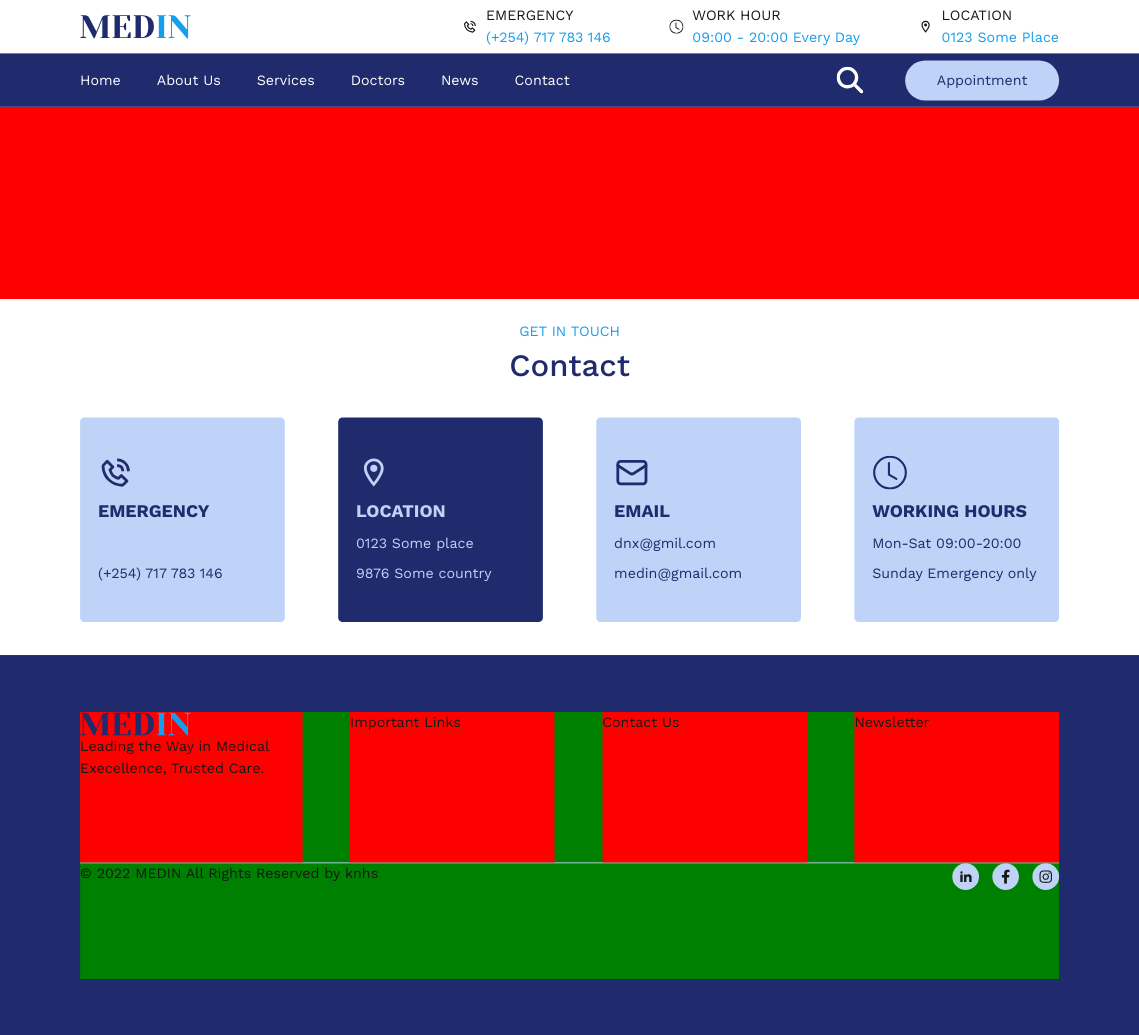
Repository: SynHK3/Poc_Hospital
Page: /appointment (app in fe_hospital/)
An editor plug-in stored every save of this project. The page is shown before and after the next save, followed by the edit.
The browser window is 1280 px wide. The pictures show the whole page, at 89% of full size.
The project was rebuilt for these pictures with package versions that can differ from the ones it lists, and the page was loaded fresh each time. The framework's server and built-in components were replaced by stand-ins that run in the browser. Also part of the build but not shown: fe_hospital/next.config.ts.

Above is the page before, as saved 2025-09-02 16:46:14.

### fe_hospital/src/app/layout.tsx
import type { Metadata } from "next";
import { Geist, Geist_Mono, Work_Sans } from "next/font/google";
import "./globals.css";

const geistSans = Geist({
  variable: "--font-geist-sans",
  subsets: ["latin"],
});

const geistMono = Geist_Mono({
  variable: "--font-geist-mono",
  subsets: ["latin"],
});

const workSans = Work_Sans({
  subsets: ["latin"],
  weight: ["400", "500", "600", "700"], // chọn các weight cần
});

export const metadata: Metadata = {
  title: "Create Next App",
  description: "Generated by create next app",
};

export default function RootLayout({
  children,
}: Readonly<{
  children: React.ReactNode;
}>) {
  return (
    <html lang="en">
      <body
        className={`${workSans.className} ${geistMono.variable} antialiased`}
      >
        {children}
      </body>
    </html>
  );
}

### fe_hospital/src/app/appointment/page.tsx
import Header from "@/components/header/header";
import "./appointment.css";
import Contact from "@/components/contact/contact";
import Footer from "@/components/footer/footer";

export default function Appointment() {
  return (
    <div>
      <Header></Header>
      <div className="container__content--appointment"></div>
      <Contact></Contact>
      <Footer></Footer>
    </div>
  );
}

### fe_hospital/src/components/header/header.tsx
import Logo from "../../images/Logo.svg";
import Image from "next/image";
import { BiPhoneCall } from "react-icons/bi";
import { FaMagnifyingGlass } from "react-icons/fa6";
import { BsClock } from "react-icons/bs";
import { MdOutlineLocationOn } from "react-icons/md";
import "./header.css";

export default function Header() {
  return (
    <div className="container__header">
      <div className="header__layout">
        <div className="header__headline">
          <Image src={Logo} width={125} height={42} alt=""></Image>

          <div className="header__headline--info">
            <div className="header__headline--info--item">
              <BiPhoneCall className="icon__info--item"></BiPhoneCall>

              <div className="header__headline--info--desc">
                <h3>EMERGENCY</h3>
                <h5>(+254) 717 783 146</h5>
              </div>
            </div>

            <div className="header__headline--info--item">
              <BsClock className="icon__info--item"></BsClock>

              <div className="header__headline--info--desc">
                <h3>WORK HOUR</h3>
                <h5>09:00 - 20:00 Every Day</h5>
              </div>
            </div>

            <div className="header__headline--info--item">
              <MdOutlineLocationOn className="icon__info--item"></MdOutlineLocationOn>

              <div className="header__headline--info--desc">
                <h3>LOCATION</h3>
                <h5>0123 Some Place</h5>
              </div>
            </div>
          </div>
        </div>

        <div className="header__nav">
          <div className="layout__header--nav">
            <ul className="header__list--nav">
              <li>Home</li>
              <li>About Us</li>
              <li>Services</li>
              <li>Doctors</li>
              <li>News</li>
              <li>Contact</li>
            </ul>

            <div className="header__nav--appoinment">
              <FaMagnifyingGlass fontSize={30}></FaMagnifyingGlass>

              <button className="header__btn--appointment">Appointment</button>
            </div>
          </div>
        </div>
      </div>
    </div>
  );
}

### fe_hospital/src/app/appointment/appointment.css
.container__content--appointment {
  width: 100%;
  height: 30vh;
  background-color: red;
}

### fe_hospital/src/components/contact/contact.tsx
import "./contact.css";

import { BiPhoneCall } from "react-icons/bi";
import { MdOutlineLocationOn } from "react-icons/md";
import { LuMail } from "react-icons/lu";
import { BsClock } from "react-icons/bs";

export default function Contact() {
  return (
    <div className="container__contact">
      <div className="container__layout--contact">
        <div className="content__contact--headline">
          <h6>GET IN TOUCH</h6>
          <h1>Contact</h1>
        </div>

        <ul className="content__list--contact">
          <li>
            <div className="contact--item">
              <BiPhoneCall className="contact__item--icon"></BiPhoneCall>
              <h1>EMERGENCY</h1>

              <h3 style={{ visibility: "hidden" }}>dnx@gmil.com</h3>
              <p>(+254) 717 783 146</p>
            </div>
          </li>
          <li>
            <div className="contact--item">
              <MdOutlineLocationOn className="contact__item--icon"></MdOutlineLocationOn>
              <h1>LOCATION</h1>

              <p>0123 Some place</p>
              <p>9876 Some country</p>
            </div>
          </li>
          <li>
            <div className="contact--item">
              <LuMail className="contact__item--icon"></LuMail>
              <h1>EMAIL</h1>

              <p>dnx@gmil.com</p>
              <p>medin@gmail.com</p>
            </div>
          </li>
          <li>
            <div className="contact--item">
              <BsClock className="contact__item--icon"></BsClock>
              <h1 className="headline--item">WORKING HOURS</h1>

              <p>Mon-Sat 09:00-20:00</p>
              <p>Sunday Emergency only</p>
            </div>
          </li>
        </ul>
      </div>
    </div>
  );
}

### fe_hospital/src/components/footer/footer.tsx
import "./footer.css";
import { RiLinkedinFill } from "react-icons/ri";
import { FaFacebookF } from "react-icons/fa";
import { FaInstagram } from "react-icons/fa";
import Image from "next/image";
import Logo from "../../images/Logo.svg";

export default function Footer() {
  return (
    <div className="container__footer">
      <div className="container__layout--footer">
        <ul className="list__footer--item">
          <li>
            <div>
              <Image src={Logo} width={125} height={42} alt=""></Image>
              <h1 className="headline__footer">Leading the Way in Medical Execellence, Trusted Care.</h1>
            </div>
          </li>
          <li>
            <div>
              <h1>Important Links</h1>
              <ul className="list--item--footer--link">
                <li></li>
                <li></li>
                <li></li>
                <li></li>
              </ul>
            </div>
          </li>

          <li>
            <div>
              <h1>Contact Us</h1>
              <ul className="list--item--footer--contact">
                <li></li>
                <li></li>
                <li></li>
                <li></li>
              </ul>
            </div>
          </li>
          <li>
            <div>
              <h1>Newsletter</h1>
            </div>
          </li>
        </ul>

        <div className="footer--line"></div>

        <div className="footer--link--social">
          <h3>© 2022 MEDIN All Rights Reserved by knhs</h3>

          <ul className="list--icon--link--social">
            <li>
              <RiLinkedinFill></RiLinkedinFill>
            </li>
            <li>
              <FaFacebookF></FaFacebookF>
            </li>
            <li>
              <FaInstagram></FaInstagram>
            </li>
          </ul>
        </div>
      </div>
    </div>
  );
}

### fe_hospital/src/components/header/header.css
.container__header {
  width: 100%;
  height: 120px;
}

.header__layout {
  display: flex;
  flex-direction: column;
  align-items: center;
  width: 100%;
}

.header__headline {
  display: flex;
  justify-content: space-between;
  width: 1100px;
  height: 60px;
}

.header__headline--info {
  width: 670px;
  display: flex;
  justify-content: space-between;
}

.header__headline--info--desc > h5 {
  color: #159eec;
}

.header__headline--info--item {
  height: 60px;
  display: flex;
  align-items: center;
}

.icon__info--item {
  font-size: 30;
  margin-right: 10px;
}

/* Header Nav */

.header__nav {
  display: flex;
  align-items: center;
  justify-content: center;
  width: 100%;
  height: 60px;
  background-color: #1f2b6c;
  color: white;
}

.layout__header--nav {
  display: flex;
  justify-content: space-between;
  align-items: center;
  width: 1100px;
  height: 60px;
}

.header__list--nav {
  width: 550px;
  display: flex;
  justify-content: space-between;
}

.header__nav--appoinment {
  width: 250px;
  height: 45px;
  display: flex;
  justify-content: space-between;
  align-items: center;
}

.header__btn--appointment {
  color: #1f2b6c;
  width: 173px;
  height: 45px;
  background-color: #bfd2f8;
  border-radius: 30px;
}

### fe_hospital/src/components/contact/contact.css
.container__contact {
  display: flex;
  width: 100%;
  height: 400px;
  justify-content: center;
}

.container__layout--contact {
  display: flex;
  flex-direction: column;
  justify-content: space-between;
  width: 1100px;
  height: 363px;
}

.content__contact--headline {
  display: flex;
  flex-direction: column;
  width: 100%;
  height: 127px;
  align-items: center;
  justify-content: center;
}

.content__list--contact {
  display: flex;
  justify-content: space-between;
  align-items: center;
}

.content__contact--headline > h1 {
  font-size: 35px;
  font-weight: 500;
  color: #1f2b6c;
}
.content__contact--headline > h6 {
  color: #159eec;
}

.content__list--contact > li {
  display: flex;
  align-items: center;
  width: 230px;
  height: 230px;
  background-color: #bfd2f8;
  border-radius: 5px;
}

.content__list--contact > li:nth-child(2) {
  background-color: #1f2b6c;
}

.content__list--contact > li:nth-child(2) > div > p,
.content__list--contact > li:nth-child(2) > div > h1,
.content__list--contact > li:nth-child(2) > div > .contact__item--icon {
  color: #bfd2f8;
}

.contact--item {
  margin-left: 20px;
  display: flex;
  flex-direction: column;
  justify-content: space-between;
  width: 126px;
  height: 145px;
}

.contact--item > h1 {
  width: 230px;
  font-size: 20px;
  font-weight: 700;
  color: #1f2b6c;
}

.contact--item > p {
  width: 230px;
  color: #1f2b6c;
}

.headline--item {
  width: 140px;
}

.contact__item--icon {
  width: 40px;
  height: 38px;
  color: #1f2b6c;
}

### fe_hospital/src/components/footer/footer.css
.container__footer {
  display: flex;
  width: 100%;
  height: 427px;
  justify-content: center;
  align-items: center;
  background-color: #1f2b6c;
}

.container__layout--footer {
  width: 1100px;
  height: 300px;
  background-color: green;
}

/* Footer Items  */
.list__footer--item {
  display: flex;
  justify-content: space-between;
  height: 169px;
}

.list__footer--item > li {
  background-color: red;
}

.list__footer--item > li:last-child,
.list__footer--item > li:nth-child(3),
.list__footer--item > li:nth-child(2) {
  width: 230px;
}

.headline__footer {
  width: 250px;
}

/* Footer Line */

.footer--line {
  width: 100%;
  height: 1px;
  background-color: #bfd2f8;
}

.footer--link--social {
  justify-content: space-between;
  display: flex;
}

.list--icon--link--social {
  display: flex;
  justify-content: space-between;
  width: 120px;
}

.list--icon--link--social > li {
  display: flex;
  align-items: center;
  justify-content: center;
  width: 30px;
  height: 30px;
  background-color: #bfd2f8;
  border-radius: 50%;
}

Loaded but not shown: fe_hospital/src/app/globals.css (common file)

After the next save:
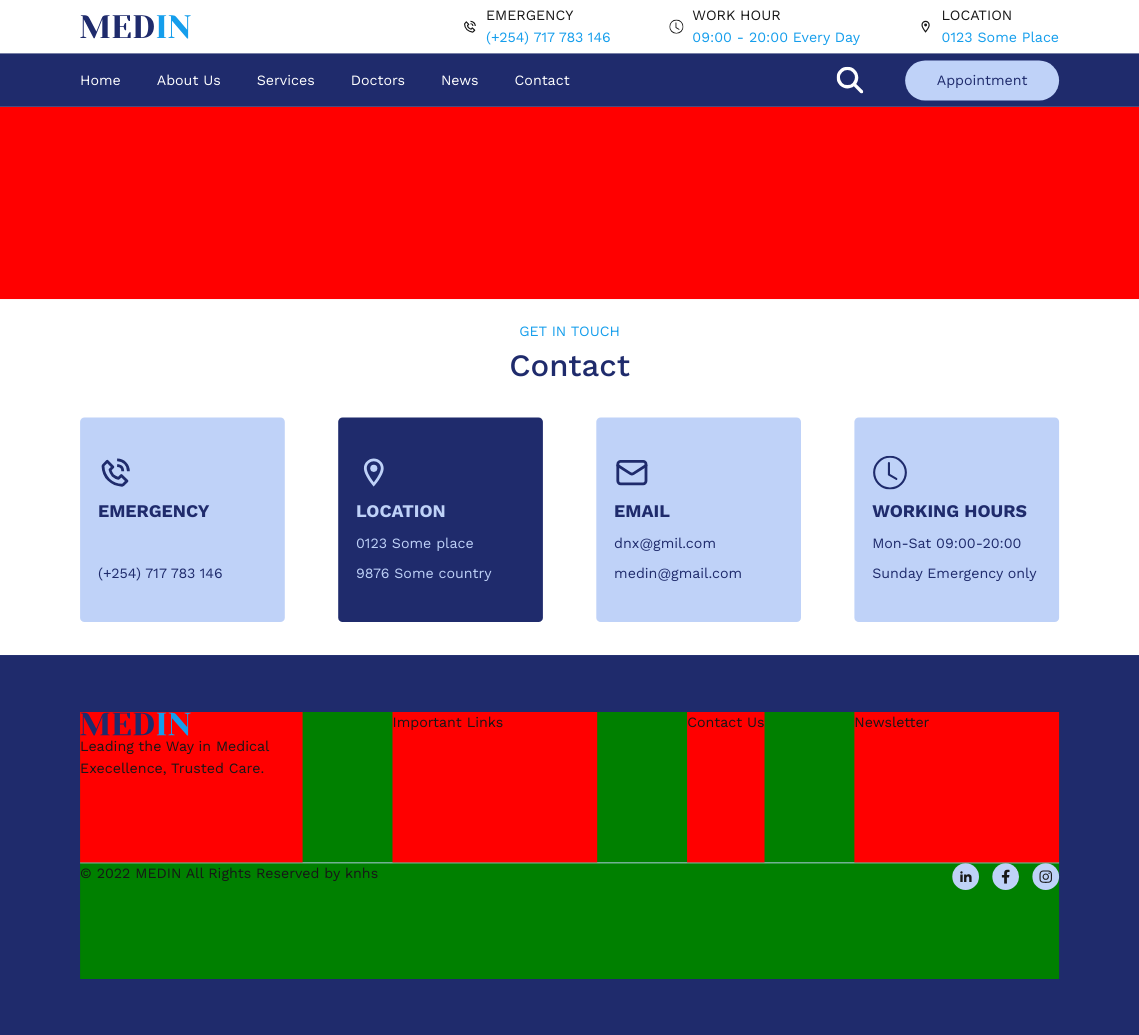
Saved 9 s later.
--- a/fe_hospital/src/components/footer/footer.css
+++ b/fe_hospital/src/components/footer/footer.css
@@ -25,7 +25,7 @@
 }
 
 .list__footer--item > li:last-child,
-.list__footer--item > li:nth-child(3),
+
 .list__footer--item > li:nth-child(2) {
   width: 230px;
 }
